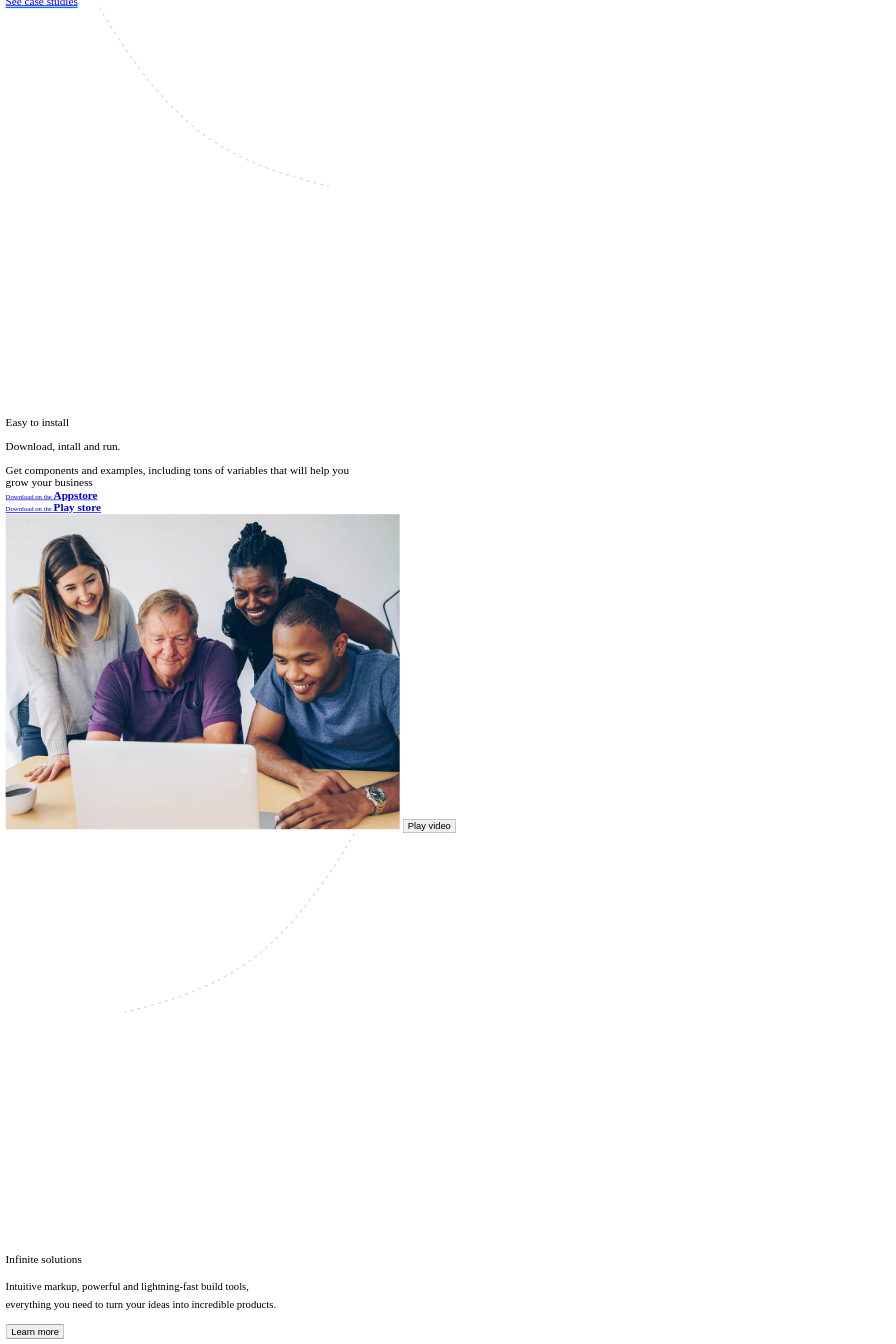
Repository: brandonc16/odoo-task
Page: components/hero.html
These files come from the project's save history. The page is drawn as it stood at one moment and after the next save; the edit follows.
The browser window is 1280 px wide. The pictures show the part of the page from y = 4002 to 5922 px (the page is 5922 px tall before and 5689 px after), at 70% of full size.

Above is the page before, as saved 2026-03-16 06:07:26.

After the next save:
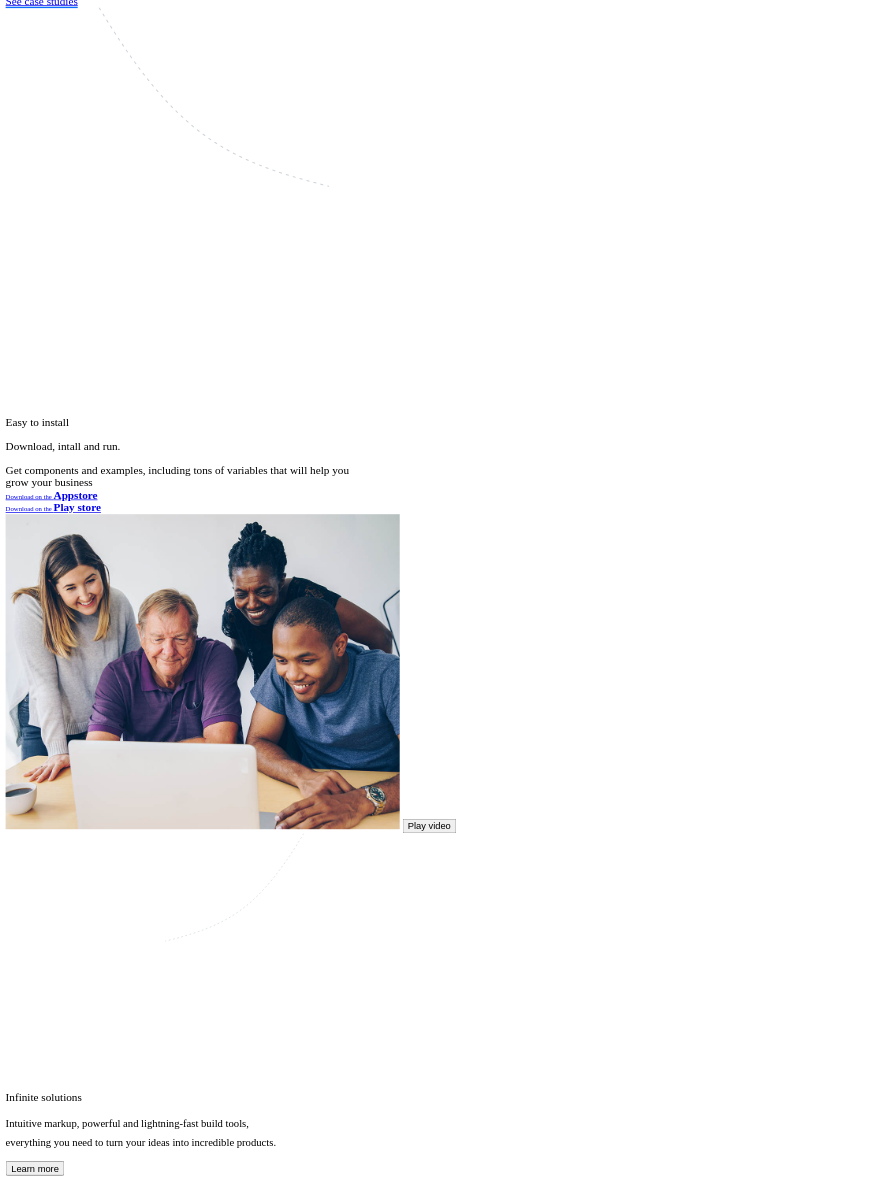
Saved 59 s later.
--- a/components/hero.html
+++ b/components/hero.html
@@ -611,7 +611,7 @@
     z-index: 0;
     pointer-events: none;
     width: 50%;
-    height: 83%;
+    height: 50%;
     transform: scaleX(-1);
   "
   viewBox="0 0 500 800"
